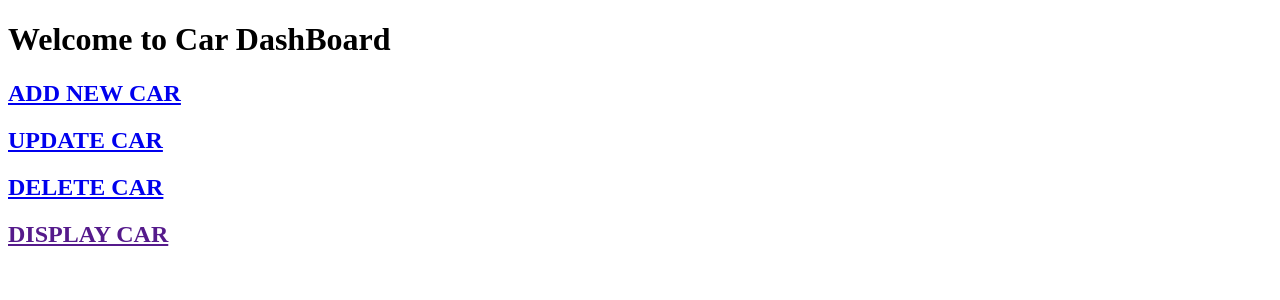
Repository: Dhirajkumar02/Advance-Java--J2EE-
Page: ServletProjecct_CarDB/src/main/webapp/index.html
These files come from the project's save history. The page is drawn as it stood at one moment and after the next save; the edit follows.
The browser window is 1280 px wide. The pictures show the whole page.

Above is the page before, as saved 2024-11-14 14:03:55.

### ServletProjecct_CarDB/src/main/webapp/index.html
<!DOCTYPE html>
<html>
<head>
<meta charset="UTF-8">
<title>Insert title here</title>
</head>
<body>
<h1>Welcome to Car DashBoard</h1>
<h2>
<a href="AddCar.html">ADD NEW CAR</a>
</h2>

<h2>
<a href="Update.html">UPDATE CAR</a>
</h2>

<h2>
<a href="DeleteCar.html">DELETE CAR</a>
</h2>

<h2>
<a href="">DISPLAY CAR</a>
</h2>

</body>
</html>

After the next save:
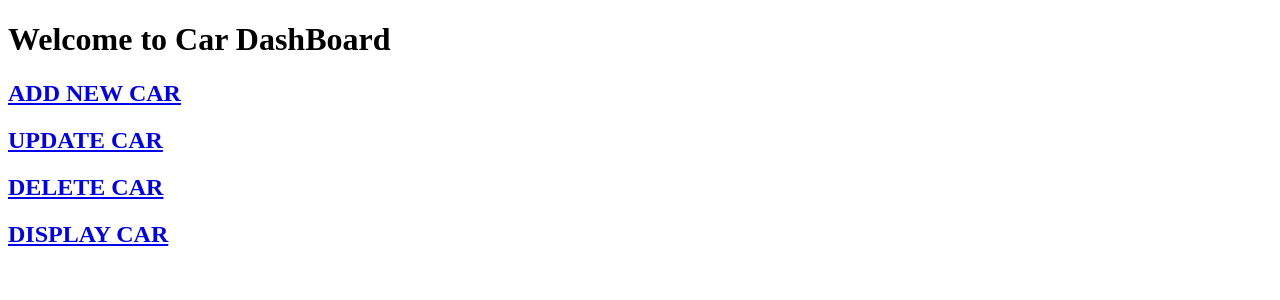
Saved 39 s later.
--- a/ServletProjecct_CarDB/src/main/webapp/index.html
+++ b/ServletProjecct_CarDB/src/main/webapp/index.html
@@ -19,7 +19,7 @@
 </h2>
 
 <h2>
-<a href="">DISPLAY CAR</a>
+<a href="DisplayCar.html">DISPLAY CAR</a>
 </h2>
 
 </body>
